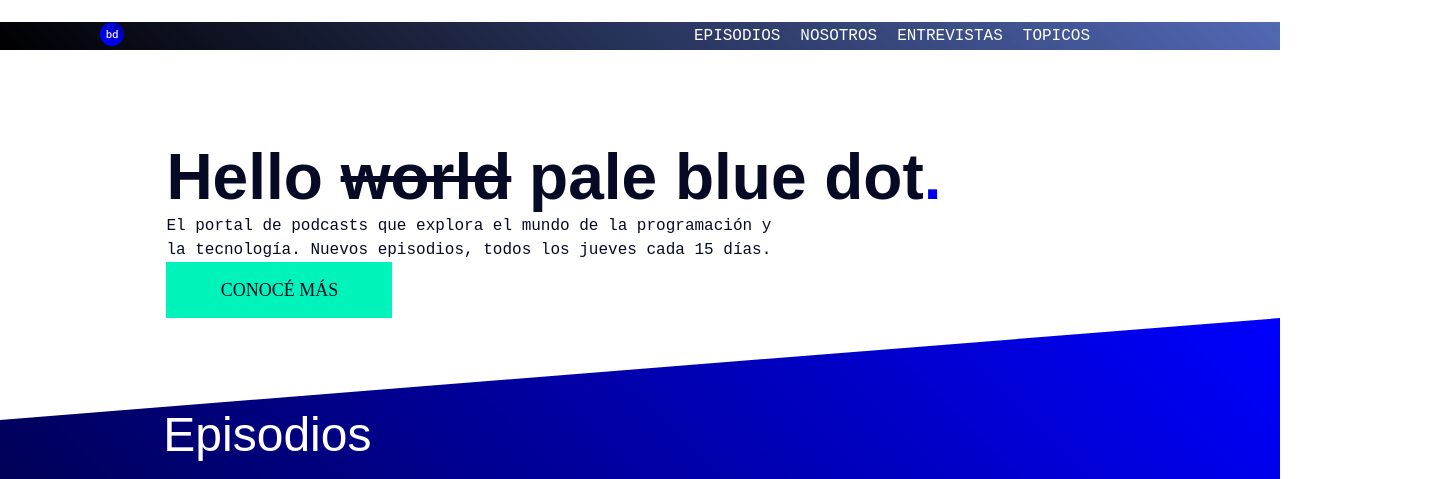
Repository: FedeGA93/podcast
Page: index.html
An editor plug-in stored every save of this project. The page is shown before and after the next save, followed by the edit.
The browser window is 1280 px wide. The page is 1440 px wide, so the pictures cover 1440 px, including what lies to the right of the window. The pictures show the part of the page from y = 0 to 479 px (the page is 3262 px tall before and 3253 px after).
Pictures or frames that could not be fetched are drawn as grey boxes. Some web fonts or font styles are not loaded; a fallback is used. Some web libraries are served in a nearby version.

Above is the page before, as saved 2019-11-26 20:48:17.

### index.html
<!DOCTYPE html>
<html lang="es">

<head>
    <meta charset="UTF-8">
    <meta name="viewport" content="width=device-width, initial-scale=1.0">
    <meta http-equiv="X-UA-Compatible" content="ie=edge">
    <title>BlueDot</title>
    <link rel="stylesheet" href="styles/styles.css">
    <link href="https://fonts.googleapis.com/css?family=IBM+Plex+Mono/IBM+Plex+Sans:400,400i,500,600&display=swap"
        rel="stylesheet">
    <link rel="stylesheet" href="https://cdnjs.cloudflare.com/ajax/libs/font-awesome/5.11.2/css/all.css">
    <link rel="shortcut icon" href="images/logo.ico" type="image/x-icon">
    <link rel="icon" href="images/logo.ico" type="image/x-icon">
</head>

<body>
    <header class="estilo-header nav">
        <nav >
            <div class="menu">
                <div>
                    <img src="images/logo.svg" alt="Logo del podcast" class="responsive-logo">
                </div>
                <div>

                    <!-- DEsde acá-->
                    <input type="checkbox" id="transformacion" />
                    <label for="transformacion" class="fija-menu">
                        <span class="barras-negras-hamburger bar1"></span>
                        <span class="barras-negras-hamburger bar2"></span>
                        <span class="barras-negras-hamburger bar3"></span>
                    </label>
                    <!--Hasta acá es lo que tengo que copiar-->
                    <ul class="menu-hijo">
                        <li><a class="color-letras" href="#epi">EPISODIOS</a></li>
                        <li><a class="color-letras" href="#nos">NOSOTROS</a></li>
                        <li><a class="color-letras" href="#ent">ENTREVISTAS</a></li>
                        <li><a class="color-letras" href="#topi">TOPICOS</a></li>
                    </ul>

                </div>
            </div>
        </nav>
    </header>
    <main class="primera-caja">
        <div class="centrado">
            <h1>Hello <s>world</s> pale blue dot<strong class="color-punto">.</strong></h1>
        </div>
        <div class="centrado">
            <p class="parrafos-general">El portal de podcasts que explora el mundo de la programación y <br> la
                tecnología.
                Nuevos episodios, todos los jueves cada 15 días.</p>
        </div>
        <div class="main-child">
            <div>
                <p><a class="btn cnmas" href="#nos">CONOCÉ MÁS</a></p>
            </div>
        </div>
    </main>
    <section>

        <div class="fondo-azul-gradiente sec">

            <div class="corteuno"></div>
            <div class="cortedos"></div>
            <div>
                <p class="color-blanco pad" id="epi">Episodios</p>
            </div>
            <div class="flex-spotify">
                <iframe src="https://open.spotify.com/embed-podcast/show/2ySVrxGkN6n6frMTo9Nsrt"
                    ></iframe>
                <iframe src="https://open.spotify.com/embed-podcast/show/4kYCRYJ3yK5DQbP5tbfZby"
                    ></iframe>
                <iframe src="https://open.spotify.com/embed-podcast/episode/2VHYWRX1mHcZQS89y3z2Xv" ></iframe>
                <iframe src="https://open.spotify.com/embed-podcast/show/2Iibd5A6R7mxkCm4NwNmUn"
                    ></iframe>
            </div>
        </div>
    </section>
    <section>

        <div class="informacion">
            <div>
                <img src="images/phone.png" alt="El podcast en un telefono" class="telefono">
            </div>
            <div>
                <h2 class="color-negro" id="nos">De dónde venimos</h2>

                <p class="parrafos-general limit-text">Our posturings, our imagined self-importance, the delusion that
                    we
                    have some
                    privileged position in the Universe, are challenged by this point of pale light. </p> <br>

                <p class="parrafos-general limit-text">
                    Our planet is a lonely speck in the great enveloping cosmic dark. In our obscurity, in all this
                    vastness, there is no hint that help will come from elsewhere to save us from ourselves.</p>

            </div>
        </div>

    </section>
    <section>
        <h2 class="color-negro paddie" id="ent">
            Invitadas/os Estelares
        </h2>

        <div class="photo-box">
            <img src="images/grace-hopper.png" alt="Foto de Grace Hopper" class="photos">
            <img src="images/Katie-Bouman.png" alt="Foto de Katie Bouman" class="photos">
            <img src="images/Margaret_Hamilton.png" alt="Margaret Hamilton" class="photos">
            <img src="images/computadora1950.png" alt="Una computadora del año 1950" class="photos">
            <img src="images/computadoraprogramable.png" alt="La primera computadora programable del mundo"
                class="photos">
            <img src="images/susan-kare.png" alt="Foto de Susan Kare" class="photos">

        </div>
    </section>
    <section class="top">
        <h2 class="color-negro center-text" id="topi">Algunos de nuestros temas</h2>
        <div>
            <section class="alineado">
                <div>
                    <img src="images/icon1.svg" alt="Una computadora que demuestra el trabajo remoto"
                        class="theme-size">
                    <p class="temas">Trabajo remoto</p>
                </div>
                <div>
                    <img src="images/icon2.svg" alt="Una cabeza pensando" class="theme-size">
                    <p class="temas">Repensando la programación</p>
                </div>

                <div>
                    <img src="images/icon3.svg" alt=" Un libro de código" class="theme-size">
                    <p class="temas">Bases de código</p>
                </div>

                <div>
                    <img src="images/icon4.svg" alt="Logo de seguridad" class="theme-size">
                    <p class="temas">Seguridad informática</p>
                </div>
            </section>
        </div>
    </section>
    <section>
        <div class="fondo-azul-gradiente secfoot">
                <svg xmlns="http://www.w3.org/2000/svg" viewBox="0 0 100 100" preserveAspectRatio="xMidYMid meet" >
                    <polygon fill="white" points="0,0 1440,0 0,85" />
                </svg>
            <div>
                <h2 class="color-blanco center-text">
                    ¿Querés las últimas novedades?
                </h2>
            </div>

            <div>
                <p> <a class="btn ele" href="#epi">ESCUCHÁ LOS EPISODIOS</a> </p>
            </div>

        </div>
    </section>

    <footer>
        <div class="flex-end">
            <h3 class="informacion">© 2019— Hello blue pale dot </h3>
            <div class="sin-deco">
                <a href="https://open.spotify.com/show/6xpiit8aJmwDHk1rKdxmri"><i class="fab fa-spotify"></i></a>
                <a href="https://twitter.com/w3c"> <i class="fab fa-twitter"></i></a>
                <a href="https://www.instagram.com/coding/"><i class="fab fa-instagram"></i></a>
                <a href="https://www.facebook.com/programminggeeks.in/"><i class="fab fa-facebook"></i></a>
            </div>
        </div>
    </footer>
</body>

</html>

### styles/styles.css
* {
  margin: 0;
  padding: 0;
  border: 0;
  box-sizing: content-box;
}

.menu {
  display: flex;
  flex-flow: row;
  justify-content: space-between;
  margin-top:22px;
  padding: 0 190px 0 100px;
  position: static;
  top: 0;
  overflow: hidden;
}
.menu-hijo {
  display: flex;
  flex-flow: row wrap;
  text-decoration: none;
  list-style-type: none;
  justify-content: flex-end;
  text-indent: 20px;

}
.nav{
  position:sticky;
  top:0;
  z-index:1000;
  background-image: linear-gradient(225deg, #012392af 0%, #000003 100%);
  }

.primera-caja {
  display: flex;
  flex-flow: column;
  padding: 7% 13% 0;
}
.centrado {
  justify-content: center;
}
.color-letras:active {
  color: RGBA(6, 10, 36, 0.53);
}
.color-letras:hover {
  color: #00f3bb;
  text-decoration: line-through;
}
.color-letras {
  font-family: "IBM Plex Mono", monospace;
  font-size: 16px;
  color: white;
  letter-spacing: 0;
  line-height: 28px;
  text-decoration: none;
}

h1 {
  font-family: "IBM Plex Sans", sans-serif;
  font-size: 64px;
  color: #060a24;
  letter-spacing: 0;
}
.color-punto {
  font-family: "IBM Plex Sans", sans-serif;
  font-size: 64px;
  color: #0000ec;
  letter-spacing: 0;
}
.parrafos-general {
  font-family: "IBM Plex Mono", monospace;
  font-size: 16px;
  color: #060a24;
  letter-spacing: 0;
  line-height: 24px;
}

input {
  display: none;
}

.sec {
  position: relative;
  width: 100%;
  height: 124vh;
  overflow: hidden;
}
.secfoot {
  display: flex;
  justify-content: center;
  align-items: center;
  flex-direction: column;
  position: relative;
  width: 100%;
  height: 50vh;
  overflow: hidden;
}
.fondo-azul-gradiente {
  background-image: linear-gradient(225deg, #0000ff 0%, #000003 100%);
}

/* Cortes del fondo */
svg {
  position: absolute;
  bottom: 0;
  width: 100%;
  height: auto;

}

.corteuno {
  position: absolute;
  top: 0;
  left: 0;
  border-width: 0 0 8vw 100vw;
  border-style: solid;
  border-color: transparent #fff transparent;
}
.cortedos {
  position: absolute;
  bottom: 0;
  left: 0;
  border-width: 0 0 10vw 100vw;
  border-style: solid;
  border-color: transparent transparent #fff;
}
/* terminan los cortes */
.color-blanco {
  font-family: "IBM Plex Sans", sans-serif;
  font-size: 48px;
  color: #ffffff;
  letter-spacing: 0;
}
.color-negro {
  font-family: "IBM Plex Sans", sans-serif;
  font-size: 48px;
  color: #060a24;
  letter-spacing: 0;
}
.informacion {
  display: flex;
  justify-content: flex-start;
  flex-direction: row;
}

.btn {
  display: flex;
  align-items: center;
  justify-content: center;
  background-color: #00f3bb;
  font-family: "IBMPlexMono", Medium;
  font-size: 18px;
  color: #060a24;
  letter-spacing: 0;
  text-align: center;
  line-height: 24px;
  text-decoration: none;
}
.btn:hover,
.btn:focus {
  background-image: linear-gradient(225deg, #0000fe 0%, #00f0b8 100%);
  color: #ffffff;
}
.cnmas {
  height: 56px;
  width: 226px;
}
.ele {
  width: 345px;
  height: 56px;
}

.flex {
  display: flex;
  flex-direction: row;
  flex-wrap: nowrap;
  justify-content: space-between;
}
.pad {
  padding: 7% 12.76% 0;
}
.flex-spotify {
  display: flex;
  flex-flow: row wrap;
  padding: 2% 8%;
}
.temas {
  font-family: "IBMPlexSans";
  font-weight: 600;
  font-size: 24px;
  color: #060a24;
  letter-spacing: 0;
  text-align: center;
}

.alineado {
  display: flex;
  flex-flow: row;
  justify-content: space-evenly;
  text-align: center;
}
.telefono {
  position: relative;
  top: -311px;
  height: 660px;
  width: 457.6px;
  padding: 200px 64px 0 200px;
}
iframe {
  padding: 0 72px 72px 0;
  position: relative;
  z-index: 1;
  width: 44%;
  height: 232px;
}

.paddie {
  margin: -267px 0 36px 200px;
  z-index: 1;
}
.photos {
  width: 480px;
  height: 364px;
}
.photo-box {
  width: fit-content;
  display: grid;
  grid-template-columns: repeat(3, 0fr);

}
.limit-text {
  width: 54%;
}
.theme-size {
  width: 104px;
  height: 104px;
}
.top {
  margin-top: 5%;
}
.flex-end {
  display: flex;
  flex-direction: row;
  justify-content: space-between;
}
.sin-deco a {
  text-decoration: none;
  color: black;
}
/*
  ***************************************************
    ***********************************************
      ********************************************
        ****************************************
        *****************MOBILE*****************
        ****************************************
      ********************************************
     **********************************************
   **************************************************
 */

@media screen and (max-width: 600px) {
  * {
    margin: 0px;
    padding: 0;
    border: 0;
  }
  .estilo-header {
    padding: 3%;
  }
  .barra-navegadora {
    display: none;
  }
  .menu {
    padding: 0px;
    position: sticky;
  }
  .seccion {
    width: 100%;
  }

  .responsive-logo {
    margin: 2.2% 87.5% 1.2% 2%;
  }
  .menu-hijo {
    display: none;
  }
  .menu-hijo:hover {
    display: block;
  }
  h1 {
    font-family: "IBM Plex Sans", sans-serif;
    font-size: 36px;
    color: #060a24;
    letter-spacing: 0;
    line-height: 42px;
  }

  .parrafos-general {
    font-family: "IBM Plex Mono", monospace;
    font-size: 14px;
    color: #060a24;
    letter-spacing: 0;
    line-height: 22px;
  }
  .color-blanco {
    font-family: "IBM Plex Sans", sans-serif;
    font-size: 36px;
    color: #ffffff;
    letter-spacing: 0;
    line-height: 42px;
  }
  .color-negro {
    font-family: "IBM Plex Sans", sans-serif;
    font-size: 36px;
    color: #060a24;
    letter-spacing: 0;
    line-height: 42px;
  }
  .cnmas {
    height: 48px;
    width: 100%;
  }

  .barras-negras-hamburger {
    display: block;
    width: 33px;
    height: 4px;
    margin-bottom: 5px;
    position: relative;
    background: black;
    border-radius: 3px;
  }
  .sec {
    height: 165vh;
  }
  .secfoot {
    height: 40vh;
  }
  .center-text {
    text-align: center;
  }
  .telefono {
    top: -60px;
    padding: 0 0 0 9%;
    width: 360px;
    height: 519px;
  }
  .photo-box {
    grid-template-columns: repeat(1, 0);
    grid-template-rows: repeat(1, 16.5%);
  }
  .paddie {
    margin: 0;
  }
  .photos {
    height: auto;
    width: 100vw;
  }
  iframe {
    padding: 1%;
    width: auto;
  }
  .informacion {
    flex-direction: column;
  }
  .alineado {
    flex-direction: column;
  }
  .flex-spotify {
    padding: 2% 15%;
  }
  /* A partir de acá es el menu*/

  input[type="checkbox"]:checked ~ label > span.bar1 {
    -webkit-transform: rotate(-45deg) translate(-8px, 6px);
    transform: rotate(-45deg) translate(-8px, 6px);
    transition-delay: 0.1s;
  }
  input[type="checkbox"]:checked ~ label > span.bar2 {
    opacity: 0;
  }
  input[type="checkbox"]:checked ~ label > span.bar3 {
    -webkit-transform: rotate(45deg) translate(-8px, -6px);
    transform: rotate(45deg) translate(-8px, -6px);
    transition-delay: 0.1s;
  }
  input[type="checkbox"]:checked ~ .menu-hijo {
    background-color: blue;
    display: block;
    margin: auto;
    padding: initial;
    z-index: 1000;
    color: #fff;
  }

  input {
    display: none;
  }
  .fija-menu {
    display: block;
    direction: rtl;
  }
  /* hasta acá*/
  svg{
    bottom: 50%;
  }
}

@media screen and (max-width: 349px) {
  .sec {
    width: 129%;
  }
  .photos {
    width: 411px;
  }
  .cnmas {
    width: 100vw;
  }
  .corteuno {
    border-width: 0 0 12vw 158vw;
  }
  .cortedos {
    border-width: 0 0 19vw 129vw;
  }
  .secfoot{
    width: 129vw;
  }
  .top{
    margin-left: 27%;
  }
}
/*
  ***************************************************
    ***********************************************
      ********************************************
        ****************************************
         ***************TABLET*****************
        ****************************************
      ********************************************
     **********************************************
   **************************************************
 */
/*  @media screen and (max-width:601px) {


  } */

After the next save:
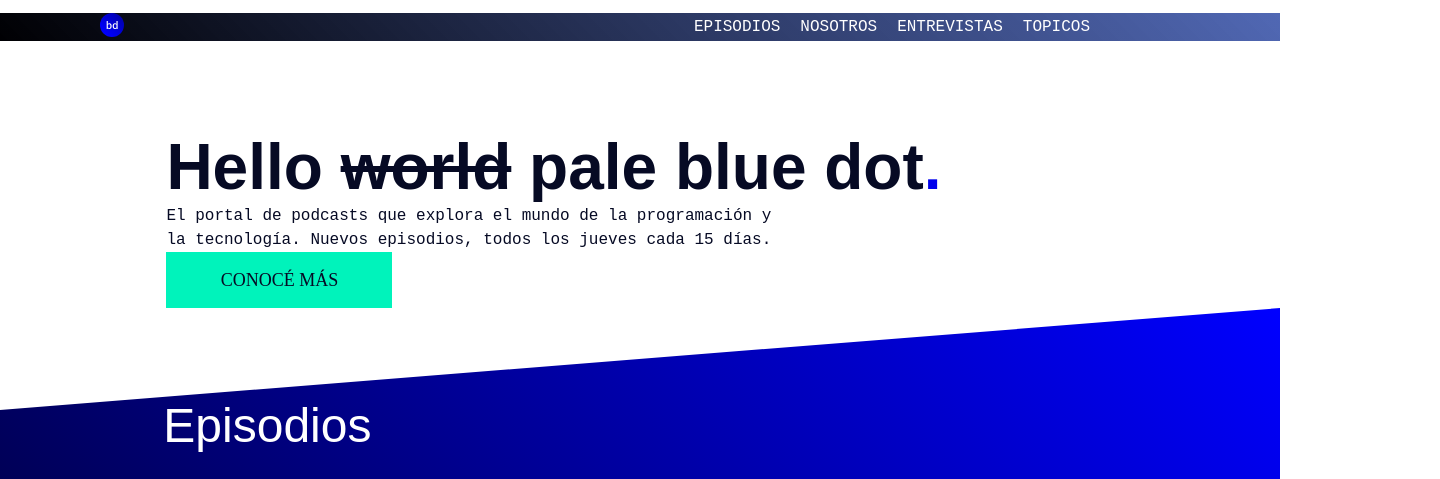
Saved 17 s later.
--- a/styles/styles.css
+++ b/styles/styles.css
@@ -9,7 +9,7 @@
   display: flex;
   flex-flow: row;
   justify-content: space-between;
-  margin-top:22px;
+  margin-top:1%;
   padding: 0 190px 0 100px;
   position: static;
   top: 0;
